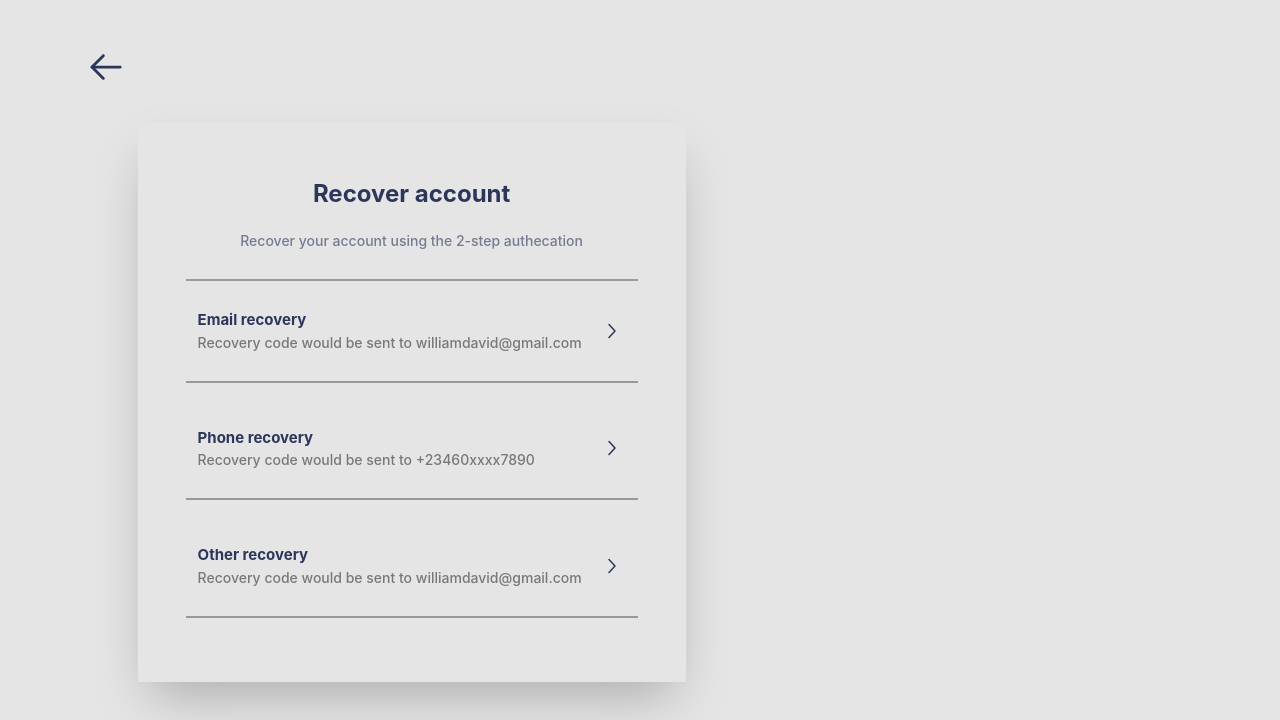
Repository: Osomhe1/findme_task
Page: /account
An editor plug-in stored every save of this project. The page is shown before and after the next save, followed by the edit.
The browser window is 1280 px wide. The pictures show the whole page.
The project was rebuilt for these pictures with package versions that can differ from the ones it lists, and the page was loaded fresh each time. Also part of the build but not shown: src/component/Clip.css, src/component/Logo.js, src/component/Drag.js, src/component/Memories.js, src/component/Publish.js, src/component/Insight.js, src/component/User.js, src/component/Clip.js and 20 more.

Above is the page before, as saved 2023-04-10 09:14:56.

### src/index.css
body {
  margin: 0;
  font-family: Mulish, -apple-system, BlinkMacSystemFont, 'Segoe UI', 'Roboto', 'Oxygen',
    'Ubuntu', 'Cantarell', 'Fira Sans', 'Droid Sans', 'Helvetica Neue',
    sans-serif;
  -webkit-font-smoothing: antialiased;
  -moz-osx-font-smoothing: grayscale;
  background-color: #E5E5E5;
}

code {
  font-family: source-code-pro, Menlo, Monaco, Consolas, 'Courier New',
    monospace;
}

.category_wrapper::-webkit-scrollbar { display: none;}
/* Hide scrollbar for IE, Edge and Firefox /.category_wrapper { -ms-overflow-style: none; / IE and Edge / scrollbar-width: none; / Firefox } */

/* @tailwind base;
@tailwind components;
@tailwind utilities; */
@tailwind base;
@tailwind components;
@tailwind utilities;



/* @import "tailwindcss/base";
@import "tailwindcss/components";
@import "tailwindcss/utilities"; */

### src/App.js
import Home from './component/Home';
import 'tailwindcss/tailwind.css'
import GetStarted from './component/GetStarted';
import {BrowserRouter, Route, Routes} from 'react-router-dom'
import SignUp from './component/auth/SignUp';
import Login from './component/auth/Login';
import Recovery from './component/auth/Recovery'
import PhoneRecovery from './component/auth/PhoneRecovery';
import EmailRecovery from './component/auth/EmailRecovery';
import ForgetPassword from './component/auth/ForgetPassword';
import EmailRecoveryOtp from './component/auth/EmailRecoveryOtp';
import NewPassword from './component/auth/NewPassword';
import Verify from './component/auth/Verification';
import Success from './component/auth/Success';
import Interest from './component/pages/Interest';
import SettingUp from './component/pages/SettingUp';
import Account from './component/pages/Account';


function App() {
  return (
    <div className="App">
      {/* <Home /> */}
      <BrowserRouter>
        <Routes>
          <Route path="/" element={<GetStarted />} />
          <Route path="/dashboard" element={<Home />} />
          <Route path="/signup" element={<SignUp />} />
          <Route path="/login" element={<Login />} />
          <Route path="/recovery" element={<Recovery />} />
          <Route path="/phone-recovery" element={<PhoneRecovery />} />
          <Route path="/email-recovery" element={<EmailRecovery />} />
          <Route path="/email-recovery-otp" element={<EmailRecoveryOtp />} />
          <Route path="/new-password" element={<NewPassword />} />
          <Route path="/verify" element={<Verify />} />
          <Route path="/success" element={<Success />} />
          <Route path="/forget-password" element={<ForgetPassword />} />
          <Route path="/interest" element={<Interest />} />
          <Route path="/setting-up" element={<SettingUp />} />
          <Route path="/account" element={<Account />} />
        </Routes>
      </BrowserRouter>
    </div>
  )
}

export default App;

### src/component/pages/Account.js
import { Link } from 'react-router-dom'

export default function Account() {
  return (
    <div>
      <section className="p-3">
        <div className=" px-8 md:p-8 md:mx-10  ">
          <Link to="/">
            <svg
              width="46"
              height="46"
              viewBox="0 0 46 46"
              fill="none"
              xmlns="http://www.w3.org/2000/svg"
            >
              <path
                d="M37.6064 23.0769C37.6064 23.7909 37.0759 24.3809 36.3876 24.4743L36.1962 24.4871L7.99226 24.4871C7.21342 24.4871 6.58206 23.8558 6.58206 23.0769C6.58206 22.363 7.11258 21.773 7.8009 21.6796L7.99226 21.6667L36.1962 21.6667C36.9751 21.6667 37.6064 22.2981 37.6064 23.0769Z"
                fill="#2B365A"
              />
              <path
                d="M20.3622 33.4061C20.9141 33.9556 20.916 34.8485 20.3665 35.4004C19.8669 35.9021 19.0835 35.9493 18.5306 35.5409L18.3721 35.4047L6.99652 24.078C6.4933 23.5769 6.44752 22.7907 6.85921 22.2378L6.99644 22.0794L18.372 10.7508C18.9239 10.2012 19.8168 10.2031 20.3664 10.7549C20.866 11.2566 20.9099 12.0402 20.4991 12.5914L20.3622 12.7493L9.99063 23.0792L20.3622 33.4061Z"
                fill="#2B365A"
              />
            </svg>
          </Link>
        </div>
        <div className="flex flex-wrap justify-between gap-2 items-center md:w-[80%] m-auto ">
          <div className="md:shadow-2xl text-cente md:p-12 w-ful   lg:block  pb-20 ">
            <div className=" text-center ">
              <h1 className="text-[#2B365A] font-bold text-2xl p-2 ">
                Recover account
              </h1>
              <p className="font-medium text-[14px] text-[#2B365A] py-3 opacity-60 ">
                Recover your account using the 2-step authecation
              </p>
            </div>

            <div className="">
              <div className="flex gap-4 items-center justify-between w-full border-[#999999] p-3 my-4 border-b-2 border-t-2 ">
                <Link to="/email-recovery">
                  <div className="py-4">
                    <h1 className="text-[#2B365A] font-bold text-[15px] ">
                      Email recovery{' '}
                    </h1>
                    <p className="text-[#787878] text-[14px] font-medium ">
                      Recovery code would be sent to williamdavid@gmail.com
                    </p>
                  </div>
                </Link>
                <div className="">
                  <svg
                    width="28"
                    height="30"
                    viewBox="0 0 28 30"
                    fill="none"
                    xmlns="http://www.w3.org/2000/svg"
                  >
                    <path
                      d="M11 21.4284L17 14.9999L11 8.57129"
                      stroke="#2B365A"
                      stroke-width="1.5"
                      stroke-linecap="round"
                      stroke-linejoin="round"
                    />
                  </svg>
                </div>
              </div>
              <div className="flex gap-4 items-center justify-between w-full border-[#999999] p-3 my-4 border-b-2  ">
                <Link to="/phone-recovery">
                  <div className="py-4">
                    <h1 className="text-[#2B365A] font-bold text-[15px] ">
                      Phone recovery
                    </h1>
                    <p className="text-[#787878] text-[14px] font-medium ">
                      Recovery code would be sent to +23460xxxx7890
                    </p>
                  </div>
                </Link>
                <div className="">
                  <svg
                    width="28"
                    height="30"
                    viewBox="0 0 28 30"
                    fill="none"
                    xmlns="http://www.w3.org/2000/svg"
                  >
                    <path
                      d="M11 21.4284L17 14.9999L11 8.57129"
                      stroke="#2B365A"
                      stroke-width="1.5"
                      stroke-linecap="round"
                      stroke-linejoin="round"
                    />
                  </svg>
                </div>
              </div>
              <div className="flex gap-4 items-center justify-between w-full border-[#999999] p-3 my-4 border-b-2  ">
                <div className="py-4">
                  <h1 className="text-[#2B365A] font-bold text-[15px] ">
                    Other recovery
                  </h1>
                  <p className="text-[#787878] text-[14px] font-medium ">
                    Recovery code would be sent to williamdavid@gmail.com
                  </p>
                </div>
                <div className="">
                  <svg
                    width="28"
                    height="30"
                    viewBox="0 0 28 30"
                    fill="none"
                    xmlns="http://www.w3.org/2000/svg"
                  >
                    <path
                      d="M11 21.4284L17 14.9999L11 8.57129"
                      stroke="#2B365A"
                      stroke-width="1.5"
                      stroke-linecap="round"
                      stroke-linejoin="round"
                    />
                  </svg>
                </div>
              </div>
            </div>
          </div>

          <div className="  w-full md:max-w-[500px]   ">


          </div>
        </div>
      </section>
    </div>
  )
}

### src/component/usePagination .js
import { useMemo } from "react"

export const DOTS = (
  <svg
    width="13"
    height="13"
    viewBox="0 0 13 13"
    fill="none"
    xmlns="http://www.w3.org/2000/svg"
  >
    <circle
      cx="6.14991"
      cy="6.14991"
      r="6.14991"
      transform="matrix(1 0 0 -1 0.339844 12.2998)"
      fill="#C4C4C4"
    />
  </svg>
)

export const ActiveDots = <svg width="13" height="13" viewBox="0 0 13 13" fill="none" xmlns="http://www.w3.org/2000/svg">
<circle cx="6.14991" cy="6.14991" r="6.14991" transform="matrix(1 0 0 -1 0 12.2998)" fill="#2B365A"/>
</svg>



export const usePagination = ({ totalCount, pageSize, currentPage, siblingCount=1, }) => {
     const paginationRange = useMemo(() => {
       // Our implementation logic will go here
       const totalPageCount = Math.ceil(totalCount / pageSize)

        const range = (start, end) => {
          let length = end - start + 1
          /*
  	Create an array of certain length and set the elements within it from
    start value to end value.
  */
          return Array.from({ length }, (_, idx) => idx + start)
        }

       // Pages count is determined as siblingCount + firstPage + lastPage + currentPage + 2*DOTS
       const totalPageNumbers = siblingCount + 5

       /*
      Case 1:
      If the number of pages is less than the page numbers we want to show in our
      paginationComponent, we return the range [1..totalPageCount]
    */
       if (totalPageNumbers >= totalPageCount) {
         return range(1, totalPageCount)
       }

       /*
    	Calculate left and right sibling index and make sure they are within range 1 and totalPageCount
    */
       const leftSiblingIndex = Math.max(currentPage - siblingCount, 1)
       const rightSiblingIndex = Math.min(
         currentPage + siblingCount,
         totalPageCount
       )

       /*
      We do not show dots just when there is just one page number to be inserted between the extremes of sibling and the page limits i.e 1 and totalPageCount. Hence we are using leftSiblingIndex > 2 and rightSiblingIndex < totalPageCount - 2
    */
       const shouldShowLeftDots = leftSiblingIndex > 2
       const shouldShowRightDots = rightSiblingIndex < totalPageCount - 2

       const firstPageIndex = 1
       const lastPageIndex = totalPageCount

       /*
    	Case 2: No left dots to show, but rights dots to be shown
    */
       if (!shouldShowLeftDots && shouldShowRightDots) {
         let leftItemCount = 3 + 2 * siblingCount
         let leftRange = range(1, leftItemCount)

         return [...leftRange, DOTS, totalPageCount]
       }

       /*
    	Case 3: No right dots to show, but left dots to be shown
    */
       if (shouldShowLeftDots && !shouldShowRightDots) {
         let rightItemCount = 3 + 2 * siblingCount
         let rightRange = range(
           totalPageCount - rightItemCount + 1,
           totalPageCount
         )
         return [firstPageIndex, DOTS, ...rightRange]
       }

       /*
    	Case 4: Both left and right dots to be shown
    */
       if (shouldShowLeftDots && shouldShowRightDots) {
         let middleRange = range(leftSiblingIndex, rightSiblingIndex)
         return [firstPageIndex, DOTS, ...middleRange, DOTS, lastPageIndex]
       }


     }, [totalCount, pageSize, siblingCount, currentPage])


     return paginationRange
}

Loaded but not shown: public/index.html (common file); src/index.js (common file); src/reportWebVitals.js (common file); tailwind.config.js (common file)

After the next save:
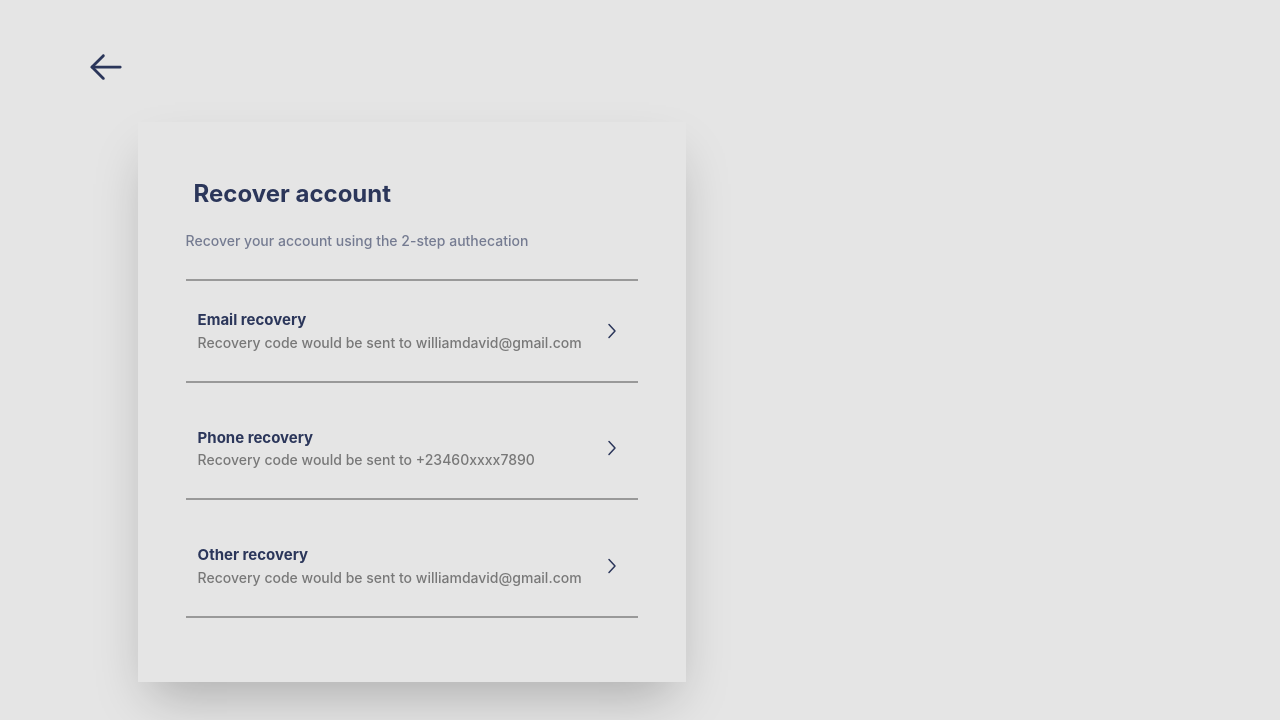
Saved 2 min 20 s later.
--- a/src/component/pages/Account.js
+++ b/src/component/pages/Account.js
@@ -26,7 +26,7 @@ export default function Account() {
         </div>
         <div className="flex flex-wrap justify-between gap-2 items-center md:w-[80%] m-auto ">
           <div className="md:shadow-2xl text-cente md:p-12 w-ful   lg:block  pb-20 ">
-            <div className=" text-center ">
+            <div className=" text-cente ">
               <h1 className="text-[#2B365A] font-bold text-2xl p-2 ">
                 Recover account
               </h1>
